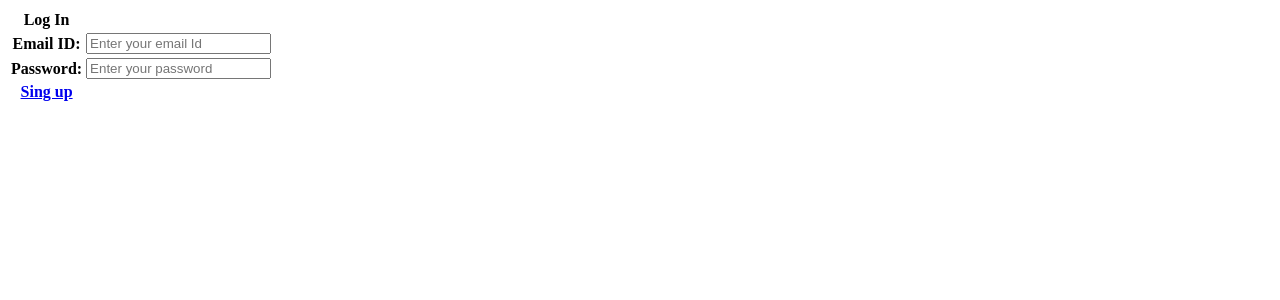
Repository: akki1071993/JavaServlet
Page: HttpServletFilterDemo/src/main/webapp/login.html
An editor plug-in stored every save of this project. The page is shown before and after the next save, followed by the edit.
The browser window is 1280 px wide. The pictures show the whole page.

Above is the page before, as saved 2022-06-15 10:03:07.

After the next save:
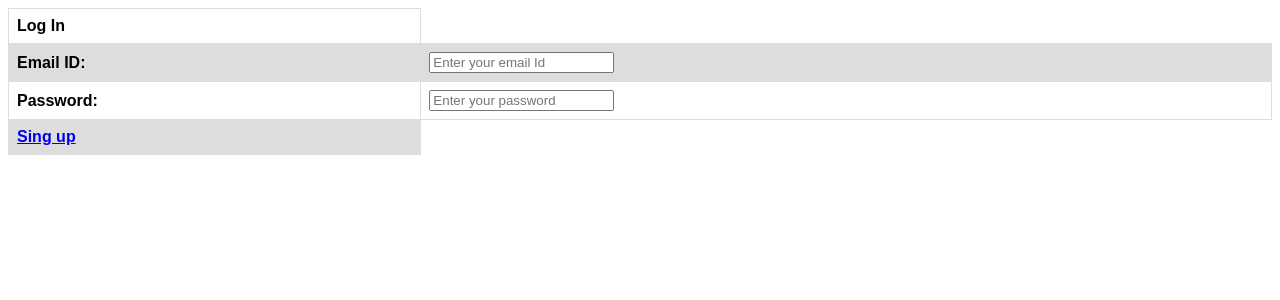
Saved 52 s later.
--- a/HttpServletFilterDemo/src/main/webapp/login.html
+++ b/HttpServletFilterDemo/src/main/webapp/login.html
@@ -3,6 +3,7 @@
 <head>
 <meta charset="ISO-8859-1">
 <title>Insert title here</title>
+<link rel="stylesheet" href="table.css">
 </head>
 <body>
 <form action="login" method="post">
